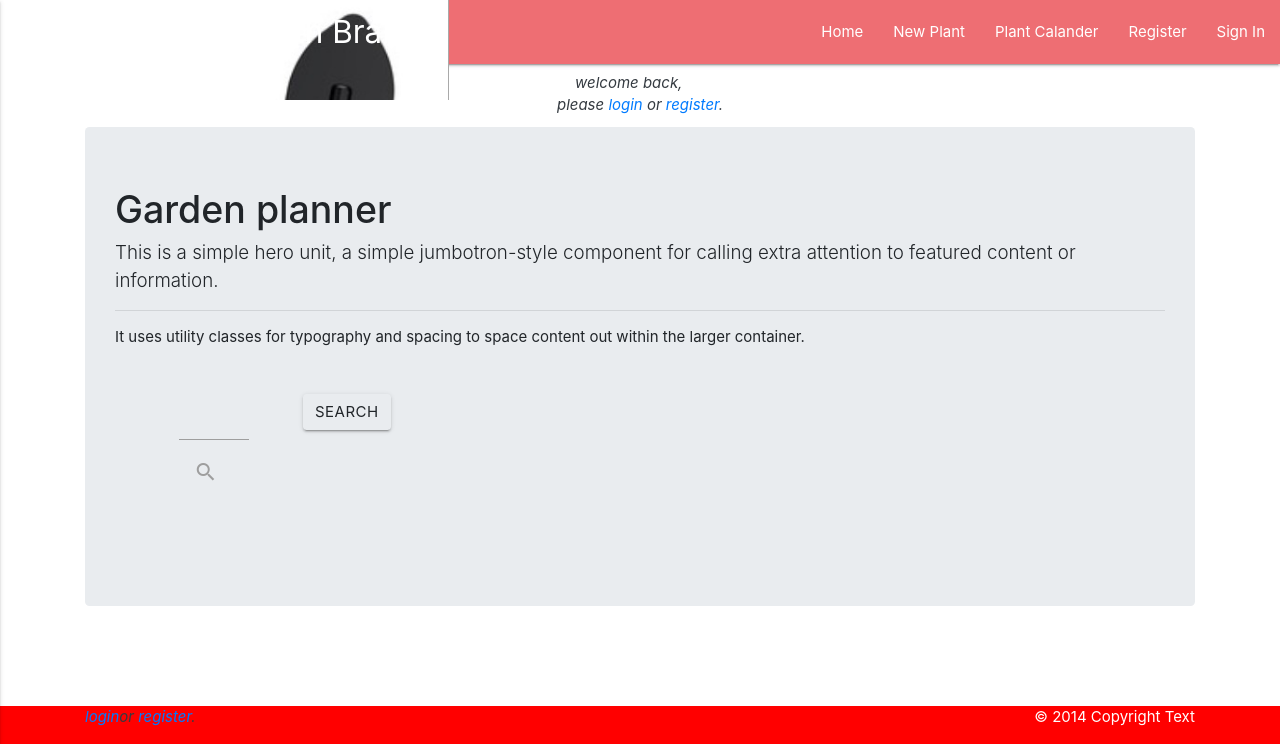
Repository: Lemoenskil/Milestone_project_3_Garden_planner
Page: http://localhost/
The author's editor kept a record of every edit. The page is drawn from the files as they stood at one moment, then again after the next edit.
The browser window is 1280 px wide. The pictures show the whole page.
Some web libraries are served in a nearby version. The page is served by the project's application, run on Flask 3 (app.py). Other server files are loaded and not shown. Queries for data that is not in the repository find no rows.

Above is the page before.
Console error: TypeError: $(...).floatingActionButton is not a function

### templates/plant_records.html
{% extends "base.html" %}
{% block content %}
<div class="">
  <div class="jumbotron text-left">
    <h1 class="display-6">Garden planner</h1>
    <p class="lead">This is a simple hero unit, a simple jumbotron-style component for calling extra attention to featured content or information.</p>
    <hr class="my-6">
    <p>It uses utility classes for typography and spacing to space content out within the larger container.</p>
    <div class="row">
      <form class="col-lg-5" id="search-site" action="{{ url_for('search') }}" ' method='get '>
        <div class="input-group mt-5 col-8">
          <div class="col-6 float-left">
          <label><input id="search" type="search" name='query' class="col-9"><i class="material-icons col-2" >search</i></label>
          </div>
          <div class="col-6 float-right">
          <button type="submit" class="input-group-addon btn">search</button>
          </div>
        </div>
      </form>
    </div>
  </div>
</div>

<div class="row text-center justify-content-center">
  {% for plant in plants%}
    <a href="{{url_for('view_plant', plant_id=plant._id)}}" class="card col-md-4 col-lg-3 mt-5 col-sm-12 col-xl-3" >
      <img src="{{plant.picture_link}}" class="card-img-top" alt="Responsive image" class="img-thumbnail">
      <div class="card-body">
         <h5 class="card-title">{{plant.plant_name}}</h5>
      </div>
    </a>
  {%endfor%}
</div>

<div>
  <div aria-label="" class="card-sm">
    <ul class="pagination justify-content-center">
      {% if page > 1 %}
      <li class="page-item">
        <a class="page-link" href="{{url_for('get_plant_record', page=page-1)}}" aria-label="Previous">
          <span aria-hidden="true">&laquo;</span>
          <span class="sr-only">Previous</span>
        </a>
      </li>
      {% endif %}
      {% for pagenum in pages %}
        {% if pagenum == page %}
          <li class="page-item active" aria-current="page">
        <a class="page-link" href="#">{{ pagenum }}<span class="sr-only">(current)</span></a> {% else %}
        <li class="page-item">
          <a class="page-link" href="{{url_for('get_plant_record', page=pagenum)}}">{{ pagenum }}</a></li>
        {% endif %}
      {% endfor %}
      {% if page < total %}
        <li class="page-item">
          <a class="page-link" href="{{url_for('get_plant_record', page=page+1)}}" aria-label="Next">
            <span aria-hidden="true">&raquo;</span>
            <span class="sr-only">Next</span>
          </a>
        </li>
      {% endif %}
    </ul>
  </div>
</div>

{% endblock %}

### templates/base.html
<!DOCTYPE html>
<html lang="en">
<head>
    <meta charset="UTF-8">
    <meta name="viewport" content="width=device-width, initial-scale=1.0">
    <meta http-equiv="X-UA-Compatible" content="ie=edge">
    <link href="https://fonts.googleapis.com/icon?family=Material+Icons" rel="stylesheet">
    <link rel="stylesheet" href="https://cdnjs.cloudflare.com/ajax/libs/materialize/0.100.2/css/materialize.min.css">
    <link href="https://stackpath.bootstrapcdn.com/bootstrap/4.4.1/css/bootstrap.min.css" rel="stylesheet" integrity="sha384-Vkoo8x4CGsO3+Hhxv8T/Q5PaXtkKtu6ug5TOeNV6gBiFeWPGFN9MuhOf23Q9Ifjh" crossorigin="anonymous">
    <link rel="stylesheet" href="{{url_for('static', filename='css/style.css')}}" type="text/css" />
    <title>Garden Planner</title>
</head>
<body>
    <header>
       <nav>
            <div class="nav-wrapper">
                <a href="{{url_for('get_plant_record')}}" class="brand-logo">Garden Planner North Brabant</a>
                <a href="{{url_for('get_plant_record')}}" data-activates="mobile" class="button-collapse"><i class="material-icons">menu</i></a>
                <ul class="right hide-on-med-and-down">
                    <li><a href="{{url_for('get_plant_record')}}">Home</a></li>
                    <li><a href="{{url_for('add_plant')}}">New Plant</a></li>
                    <li><a href="{{url_for('list_plant')}}">Plant Calander</a></li>
                    <li><a href="{{url_for('register_new_user')}}">Register</a></li>
                    <li><a href="">Sign In</a></li>
                </ul>
                <ul class="side-nav" id="mobile">
                    <li><a href="{{url_for('get_plant_record')}}">Home</a></li>
                    <li><a href="{{url_for('add_plant')}}">New Plant</a></li>
                    <li><a href="{{url_for('list_plant')}}">Plant Calander</a></li>
                    <li><a href="{{url_for('register_new_user')}}">Register</a></li>
                    <li><a href="">Sign In</a></li>

                </ul>
            </div>
        </nav>
            <div class="text-dark font-italic bg-transparent text-center pt-2 pr-4">welcome back, </div>
            <div class="text-dark font-italic bg-transparent text-center">please <a href="">login</a>
                or <a href="">register</a>.
            </div>
    </header>

    <main class="container">
        {% block content %}{% endblock %}

    </main>

    <footer class="page-footer">
        <div class="container" class="footer-copyright">
            <p class=float-right> © 2014 Copyright Text </p>
            <p class="text-dark font-italic bg-transparent float-left">
            <a href="">login</a>or <a href="">register</a>.</p>
        </div>
    </footer>

    <script src="https://code.jquery.com/jquery-3.4.1.slim.min.js" integrity="sha384-J6qa4849blE2+poT4WnyKhv5vZF5SrPo0iEjwBvKU7imGFAV0wwj1yYfoRSJoZ+n" crossorigin="anonymous"></script>
    <script src="https://cdnjs.cloudflare.com/ajax/libs/jquery/3.2.1/jquery.min.js"></script>
    <script src="https://stackpath.bootstrapcdn.com/bootstrap/4.4.1/js/bootstrap.min.js"></script>
    <script src="https://cdnjs.cloudflare.com/ajax/libs/materialize/0.100.2/js/materialize.min.js"></script>
    <script src="https://maxcdn.bootstrapcdn.com/bootstrap/4.1.1/js/bootstrap.min.js"></script>
    <script type="text/javascript">
        $(document).ready(function() {
            $(".button-collapse").sideNav();
            $('.fixed-action-btn').floatingActionButton();
        });
        $('#myModal').on('shown.bs.modal', function () {
             $('#myInput').trigger('focus')
        });
    </script>
</body>

</html>

### app.py
import os
from flask import Flask, render_template, redirect, request, url_for, session, flash
from flask_pymongo import PyMongo
from form import LoginForm, RegisterForm
from bson.objectid import ObjectId
import math
import re
import bcrypt



app = Flask ("----name----")
app.config["MONGO_DBNAME"] = 'garden_planner'
app.config["MONGO_URI"] = 'mongodb+srv://CP3O:iYmkh8QOgi2fhu2y@lemoenskil-4vjdx.mongodb.net/garden_planner?retryWrites=true&w=majority'

# Set the secret key to some random bytes. Keep this really secret!
app.secret_key = os.environ.get('SECRET_KEY') or 'y6rdh777y685hf67gk9786j65g9h*&^^*(^'

plants_per_page = 6

mongo = PyMongo(app)

@app.route('/')
@app.route('/plant_records')
def get_plant_record():
    page_number = int(request.args.get('page', 1))
    plants_to_skip = (page_number - 1) * plants_per_page
    plant_count = mongo.db.plant_data.count({})
    page_count = int(math.ceil(plant_count / plants_per_page))
    page_numbers = range(1, page_count + 1)
    plants_on_page = mongo.db.plant_data.find().skip(plants_to_skip).limit(plants_per_page)
    return render_template("plant_records.html", title="Home", plants=plants_on_page, page=page_number, pages=page_numbers, total=page_count)

@app.route('/register', methods=['GET', 'POST'])
def register_new_user():
    """Registers a new user"""
    form = RegisterForm(request.form)
    if form.validate_on_submit():
        all_existing_users = mongo.db.user_data
        found_user = all_existing_users.find_one({
            'name': request.form['username']
        })

        if found_user:
            flash(f"Username `{request.form['username']}` is already taken. Please try a different username.")
            return redirect(url_for('register_new_user'))
        else:
            # Convert password to hash to prevent password leakage should we get hacked
            hashed_password = bcrypt.hashpw(
                request.form['password'].encode('utf-8'), bcrypt.gensalt()
            )
            all_existing_users.insert_one({
                'name': request.form['username'],
                'password': hashed_password,
                'email': request.form['email']
            })
            # User successfully registered, so treat the user as logged in.
            session['username'] = request.form['username']
            return redirect(url_for('get_plant_record'))
    return render_template('register.html', title='Register', form=form)


@app.route('/list_plant')
def list_plant():
    return render_template("list_plant.html", plants=mongo.db.plant_data.find())

@app.route('/view_plant/<plant_id>')
def view_plant(plant_id):
    """Shows full plant details"""
    mongo.db.plant_data.find_one(
        {'_id': ObjectId(plant_id)},
    )
    plant_db = mongo.db.plant_data.find_one_or_404({'_id': ObjectId(plant_id)})
    return render_template("view_plant.html", plant=plant_db)

@app.route('/add_plant')
def add_plant():
    return render_template("add_plant.html")

@app.route('/insert_plant', methods=['POST'])
def insert_plant():
    plants = mongo.db.plant_data
    plants.insert_one(convert_form_to_plant_data(request.form))
    return redirect(url_for('get_plant_record'))

@app.route('/update_plant/<plant_id>')
def update_plant(plant_id):
    plants =  mongo.db.plant_data.find_one({"_id": ObjectId(plant_id)})
    return render_template('update_plant.html', plant=plants)

def convert_form_to_plant_data(form):
    value_sowing_under_glass = [ month for month in range(1, 13) if f"sowing-under-glass-{month}" in form ]
    value_outside_seeding = [ month for month in range(1, 13) if f"outside-seeding-{month}" in form ]
    value_harvest = [ month for month in range(1, 13) if f"harvest-{month}" in form ]
    return {
        'plant_name':form.get('plant_name'),
        'picture_link':form.get('picture_link'),
        'crop_group': form.get('crop_group'),
        'crop_family': form.get('crop_family'),
        'soil':form.get('soil'),
        'frost_tolerant':form.get('frost_tolerant'),
        'position':form.get('position'),
        'feeding':form.get('feeding'),
        'companions':form.get('companions'),
        'spacing':form.get('spacing'),
        'Sow_and_Plant':form.get('Sow_and_Plant'),
        'Harvesting':form.get('Harvesting'),
        'Pests':form.get('Pests'),
        'Note':form.get('Note'),
        'value_sowing_under_glass':value_sowing_under_glass,
        'value_outside_seeding':value_outside_seeding,
        'value_harvest':value_harvest,
    }

@app.route('/edit_plant/<plant_id>', methods=["POST"])
def edit_plant(plant_id):
    plants = mongo.db.plant_data
    plants.update( {'_id': ObjectId(plant_id)}, convert_form_to_plant_data(request.form))
    return redirect(url_for('get_plant_record'))

@app.route('/delete_plant/<plant_id>')
def delete_plant(plant_id):
    mongo.db.plant_data.remove({'_id': ObjectId(plant_id)})
    return redirect(url_for('get_plant_record'))

@app.route('/search')
def search():
    """Provides logic for search bar"""
    query_A = request.args['query'].strip()
    regx = re.compile(f".*{query_A}.*", re.IGNORECASE)
    query = {'$regex': regx }
    results = mongo.db.plant_data.find({
        '$or': [
            {'plant_name': query},
            {'Note': query},
            {'crop_group': query},
        ]
    })
    return render_template('search_results.html', query=query_A, results=results)

if __name__ == '__main__':
    app.run(host=os.environ.get('IP'),
            port=int(os.environ.get('PORT')),
            debug=True)

### static/css/style.css
.mt-5, .my-5 {
    margin: 2rem!important;
}

.brand-logo{
    background:url("/static/images/gardener.jpg");
    background-size: cover;
    min-height: 100px;
}
.card{
  width: 100%;
}

body {
  display: flex;
  min-height: 100vh;
  flex-direction: column;
}

main {
  flex: 1 0 auto;
}


.page-footer{
    left: 0;
    bottom: 0;
    width: 100%;
    background-color: red;
    color: white;
    text-align: center;
    padding: 0px;
}

.card-sm{
  margin-bottom: 50px;
}

.form-control-borderless {
    border: none;
}

.form-control-borderless:hover, .form-control-borderless:active, .form-control-borderless:focus {
    border: none;
    outline: none;
    box-shadow: none;
}

.search_box{
    width: 100%;
    margin: 6%;
}
.align-items-center{
    margin: 0px!important;
}

.under-glass{
    background-color: yellow;
}
.outside-seeding {
    background-color: orange;
}

.harvest{
    background-color: green;
}
.header-edit-form{
    text-align: center;
}

.list_headings{
    color: #d8e332!important;
}

.jumbotron{
    margin-top: 10px;
}

.input-group{
  display:table;
  width:100%;
}
.input-group .input-field,
.input-group .input-group-addon{
  display:table-cell;
}

.page-item.active .page-link{
    z-index: 0!important;
}

.card-img-top{
    width: 100%;
    height: 200px;
    object-fit: cover;
}
.modal{
    background-color: transparent;
    max-height: 100%;
}

.modal .modal-footer{
    background-color: transparent;
}

.container {
    overflow: auto;
}

After the next edit:
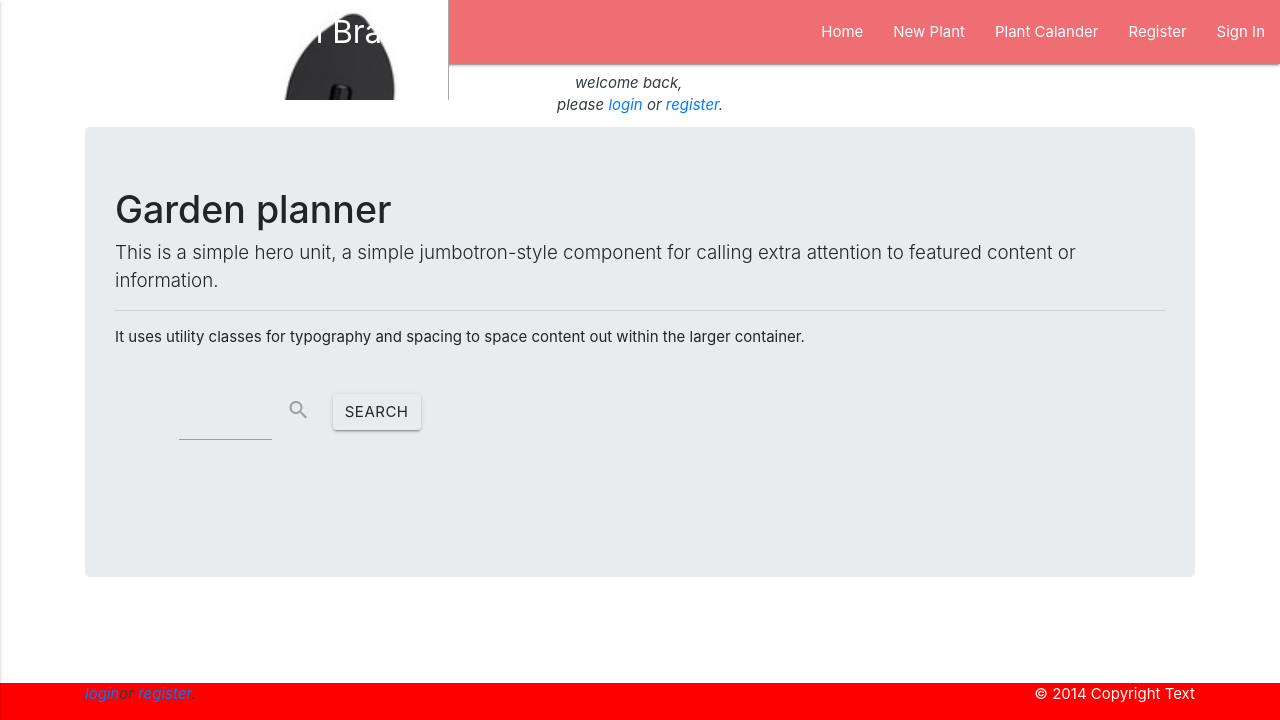
The edit:
--- a/templates/plant_records.html
+++ b/templates/plant_records.html
@@ -7,7 +7,7 @@
     <hr class="my-6">
     <p>It uses utility classes for typography and spacing to space content out within the larger container.</p>
     <div class="row">
-      <form class="col-lg-5" id="search-site" action="{{ url_for('search') }}" ' method='get '>
+      <form class="col-lg-6" id="search-site" action="{{ url_for('search') }}" ' method='get '>
         <div class="input-group mt-5 col-8">
           <div class="col-6 float-left">
           <label><input id="search" type="search" name='query' class="col-9"><i class="material-icons col-2" >search</i></label>
